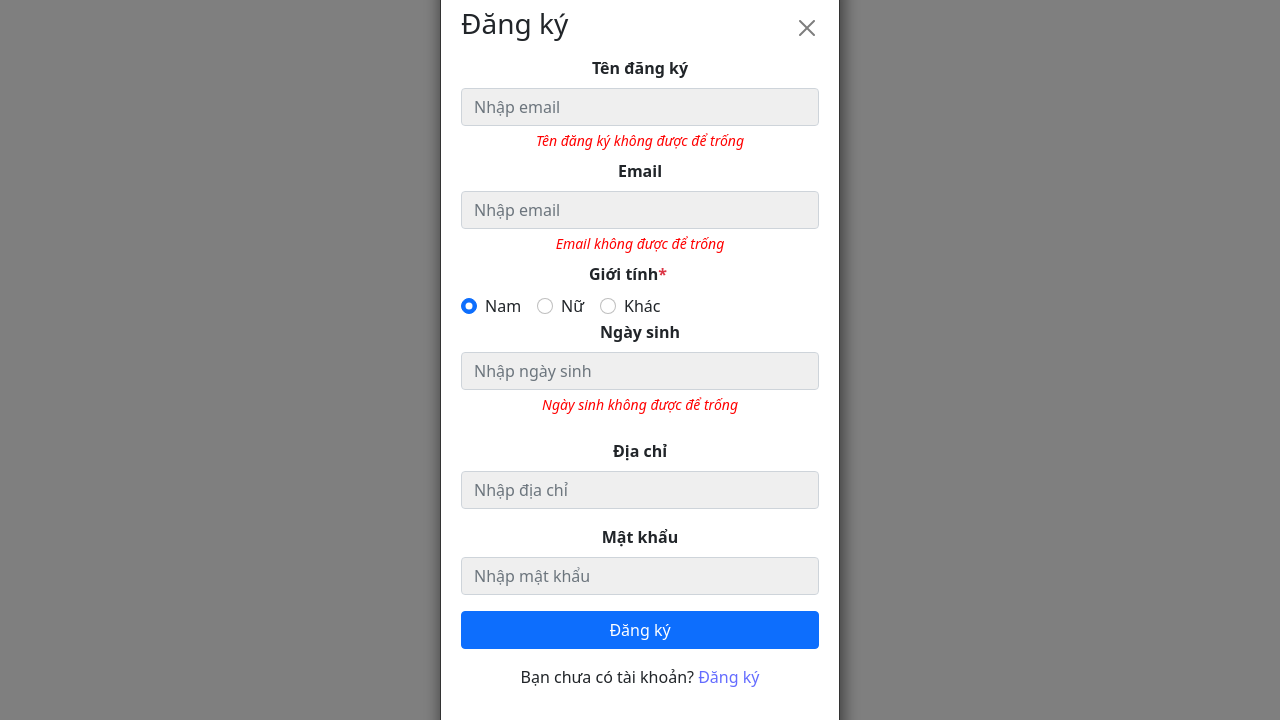
Repository: TinhTT336/MD02_Session12
Page: / (app in client/)
The author's editor kept a copy of each file at every save. The page is drawn from the files as they stood at one save, then again after the next save.
The browser window is 1280 px wide. The pictures show the whole page.
The project was rebuilt for these pictures with package versions that can differ from the ones it lists, and the page was loaded fresh each time. Also part of the build but not shown: client/vite.config.js, client/src/utils/formatData.js, client/src/components/admin/manager-product/FormAdd.jsx, client/src/components/admin/manager-product/FormEdit.jsx, client/src/pages/product/ListProduct.jsx, client/src/components/admin/manager-user/FormAddUser.jsx, client/src/components/admin/manager-user/FormEditUser.jsx, client/src/components/base/loading.css and 4 more.

Above is the page before, as saved 2023-09-12 15:31:19.

After the next save:
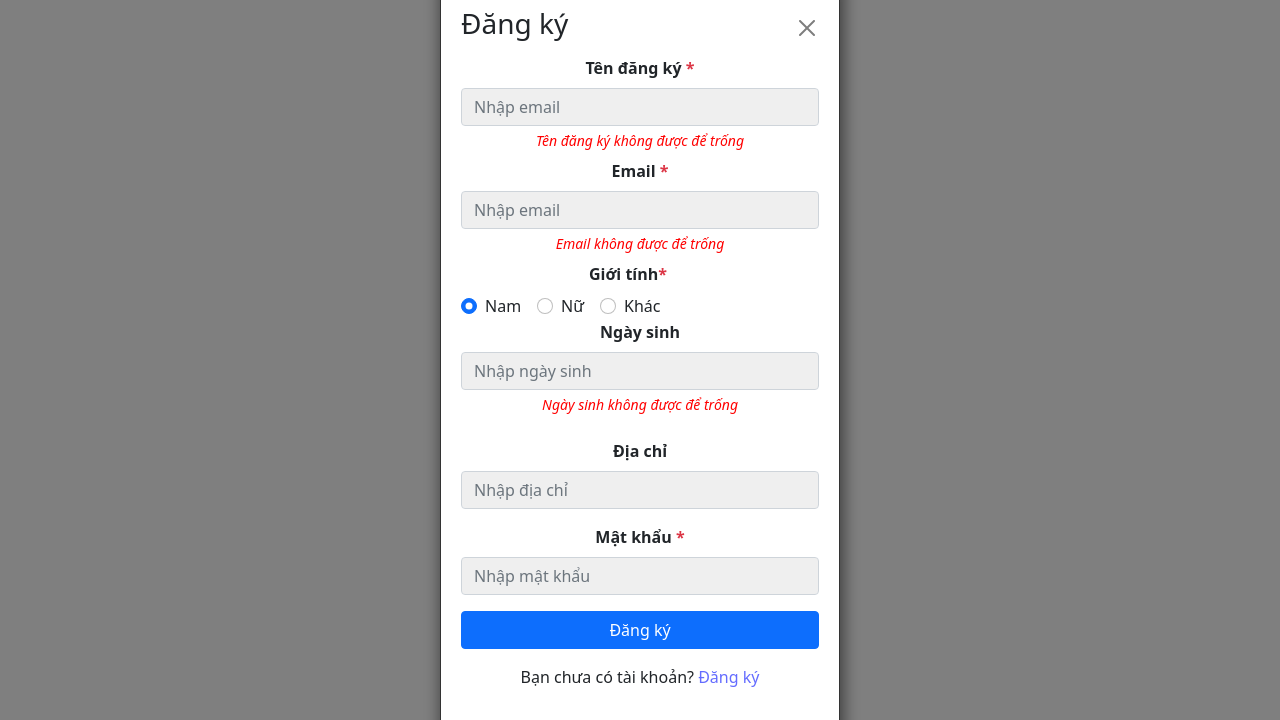
Saved 36 s later.
--- a/client/src/pages/user/register/Register.jsx
+++ b/client/src/pages/user/register/Register.jsx
@@ -37,12 +37,12 @@ export default function Register() {
                         <div className='btn btn-close'></div>
                     </div>
                     <div className='form-group mb-2'>
-                        <label className='form-label' htmlFor="username">Tên đăng ký</label>
+                        <label className='form-label' htmlFor="username">Tên đăng ký <span className="text-danger">*</span></label>
                         <input className='form-control' type="text" name="username" id="username" placeholder='Nhập email' />
                         <div className='text-err mt-1 border-err'>Tên đăng ký không được để trống</div>
                     </div>
                     <div className='form-group mb-2'>
-                        <label className='form-label' htmlFor="email">Email</label>
+                        <label className='form-label' htmlFor="email">Email <span className="text-danger">*</span></label>
                         <input className='form-control' type="text" name="email" id="email" placeholder='Nhập email' />
                         <div className='text-err mt-1 border-err'>Email không được để trống</div>
                     </div>
@@ -74,7 +74,7 @@ export default function Register() {
                         {/* <div className='text-err mt-1 border-err'>Ngày sinh không được để trống</div> */}
                     </div>
                     <div className='form-group mb-3'>
-                        <label className='form-label' htmlFor="password">Mật khẩu</label>
+                        <label className='form-label' htmlFor="password">Mật khẩu <span className="text-danger">*</span></label>
                         <input className='form-control' type="password" name="password" id="password" placeholder='Nhập mật khẩu' />
                         {/* <div className='text-err mt-1 border-err'>Mật khẩu không được để trống</div> */}
                     </div>
